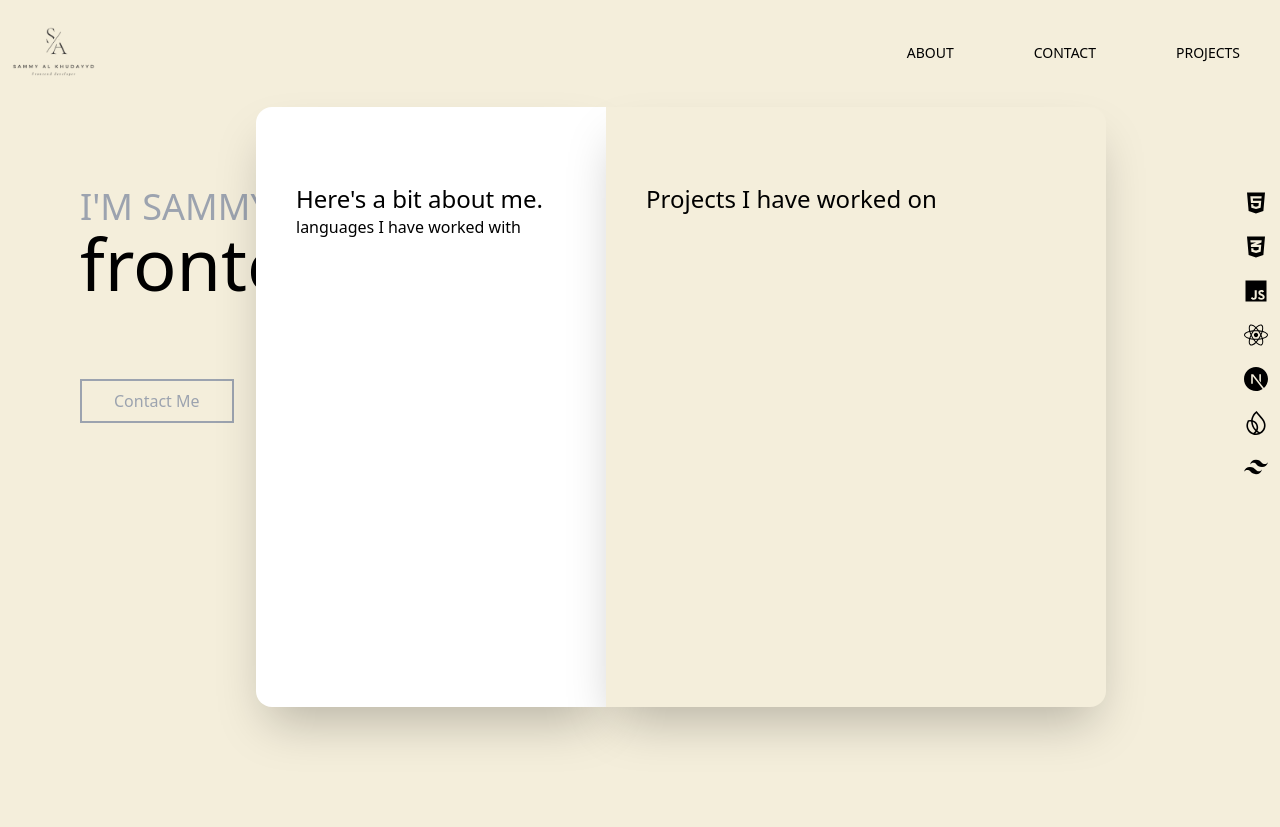
Repository: Al123Kudayyd/myportfolio
Page: /
These files come from the project's save history. The page is drawn as it stood at one moment and after a run of saves; the edit follows.
The browser window is 1280 px wide. The pictures show the whole page.
The project was rebuilt for these pictures with package versions that can differ from the ones it lists, and the page was loaded fresh each time. Also part of the build but not shown: src/components/model.js.

Above is the page before, as saved 2024-02-21 13:57:49.

After the next 2 saves:
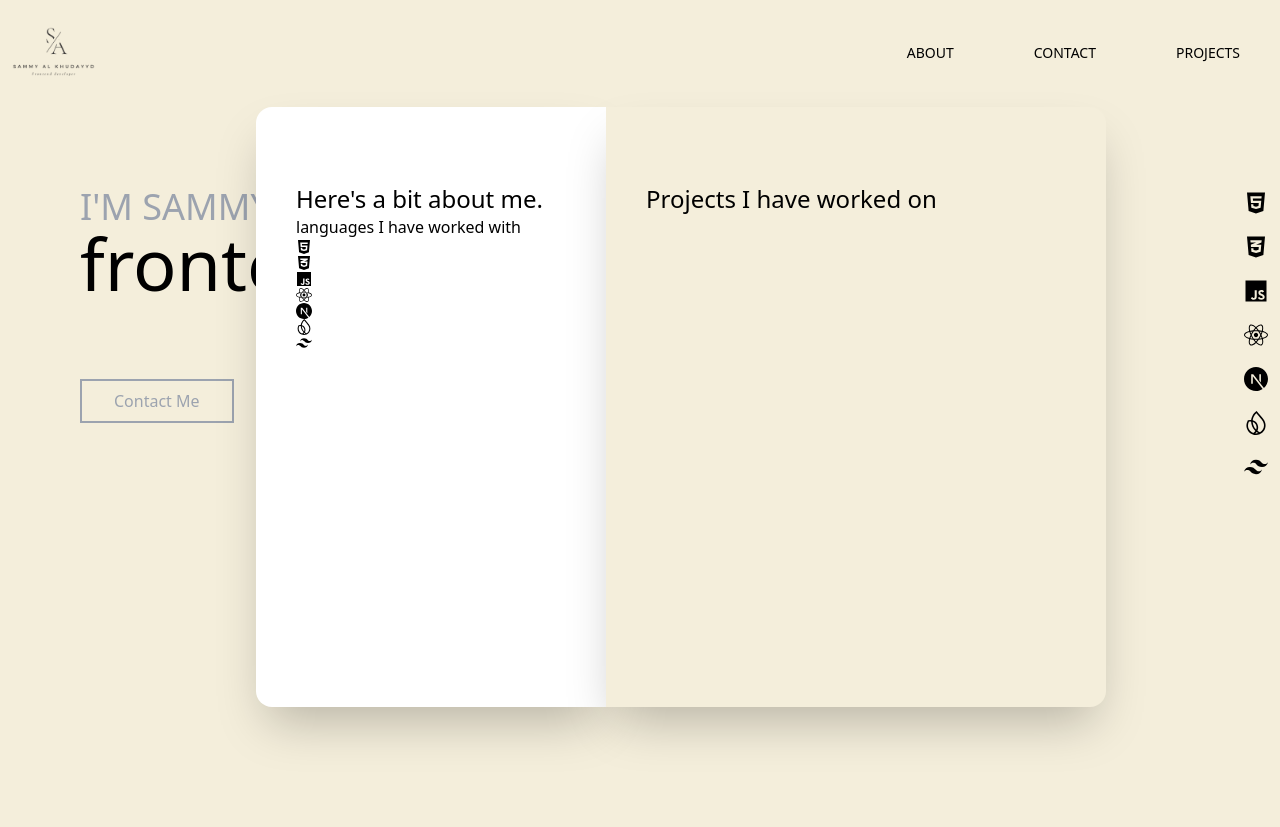
The 2 saves are shown as one change because they came seconds apart.
The last was saved 12 s later.
--- a/src/components/Projects.jsx
+++ b/src/components/Projects.jsx
@@ -15,7 +15,13 @@ function Projects() {
                     <h1 className='text-2xl'>Here's a bit about me.</h1>
                     <h3 className='text-md '>languages I have worked with</h3>
                     <div>
-
+                    <FaHtml5 />
+                    <FaCss3Alt />
+            <IoLogoJavascript />
+            <FaReact />
+            <SiNextdotjs />
+            <SiFirebase />
+            <SiTailwindcss />
                     </div>
                 </div>
 
